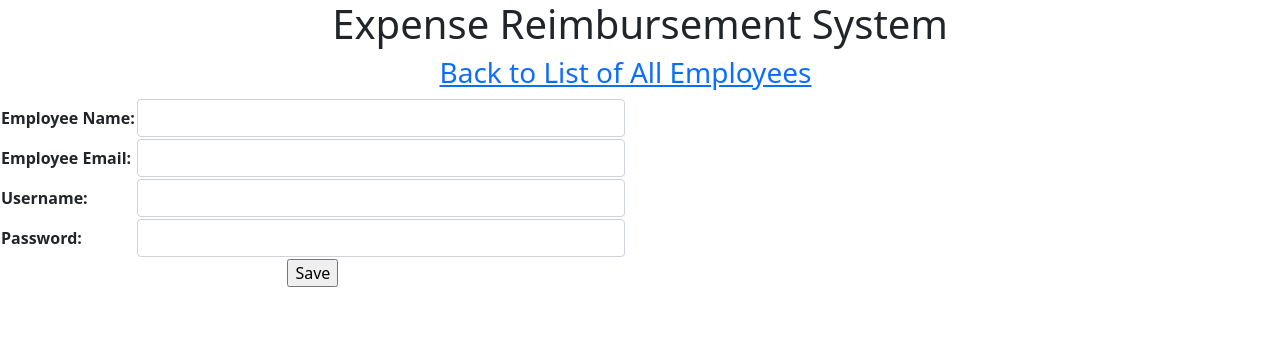
Repository: CCunningham0/project1
Page: http://localhost/reimbursement/employee-form.jsp
The author's editor kept a copy of each file at every save. The page is drawn from the files as they stood at one save, then again after the next save.
The browser window is 1280 px wide. The pictures show the whole page.
The page is served by Tomcat 10. Other server files are loaded and not shown.

Above is the page before, as saved 2021-09-07 05:24:42.

### reimbursement/src/main/webapp/employee-form.jsp
<html>
<head>
<meta charset="UTF-8">
<title>Expense Reimbursement System</title>
<link href="https://cdn.jsdelivr.net/npm/bootstrap@5.1.0/dist/css/bootstrap.min.css" rel="stylesheet" integrity="sha384-KyZXEAg3QhqLMpG8r+8fhAXLRk2vvoC2f3B09zVXn8CA5QIVfZOJ3BCsw2P0p/We" crossorigin="anonymous">
<script src="https://cdn.jsdelivr.net/npm/bootstrap@5.1.0/dist/js/bootstrap.bundle.min.js" integrity="sha384-U1DAWAznBHeqEIlVSCgzq+c9gqGAJn5c/t99JyeKa9xxaYpSvHU5awsuZVVFIhvj" crossorigin="anonymous"></script>
<script type="text/javascript" language="javascript" src="https://code.jquery.com/jquery-3.5.1.js"></script>
<script type="text/javascript">
</script>

	</head>
	 <center>
  <h1>Expense Reimbursement System</h1>
        <h3>
         <a href="employee-list.jsp">Back to List of All Employees</a>
         &nbsp;&nbsp;&nbsp;
         <!-- <a href="list">List All Employee</a> -->

        </h3>
 </center>
<body>
<!-- <center>
        <form method="post" action="add">
        <table>
        	<tr>
        		<td>Name:<input type="text" name="name" /></td>
        	</tr>
        	<tr>
        		<td>Email:<input type="text" name="email" /></td>
        	</tr>
        	<tr>
        		<td>Username:<input type="text" name="username" /></td>
        	</tr>
        	<tr>
        		<td>Password:<input type="text" name="password" /></td>
       		 </tr>
       		 <tr>
        		<td><input type="submit" value="register" /></td>
        	</tr>

        </table>

        </form>
 </center> -->



   <div style="text-align:center;">

   <form action="http://localhost:8080/reimbursement/EmployeeServlet?action=add" method="post">
        <table>
        <tr>
                <th>Employee Name: </th>
                <td>
                 <input class="form-control" type="text" name="name" size="45"

                  />
                </td>
            </tr>
            <tr>
                <th>Employee Email: </th>
                <td>
                 <input class="form-control"  type="text" name="email" size="45"

                 />
                </td>
            </tr>
            <tr>
                <th>Username: </th>
                <td>
                 <input class="form-control"  type="text" name="username" size="15"

                 />
                </td>
            </tr>
            <tr>
                <th>Password: </th>
                <td>
                 <input class="form-control" type="number" name="password" size="15"/>
                </td>
            </tr>
            <!-- <tr>
                <th>Type </th>
                <td>
				  <input type="radio" id="emp" name="type" value="Employee">
				  <label for="emp">Employee</label>
				  <br>
				  <input type="radio" id="manager" name="type" value="Finance manager">
				  <label for="manager">Finance manager</label>
                </td>
            </tr> -->
            <tr>
             <td colspan="2" align="center">
              <input type="submit" value="Save" />
             </td>
            </tr>
        </table>
   </form>
  </div>

</body>
</html>

After the next save:
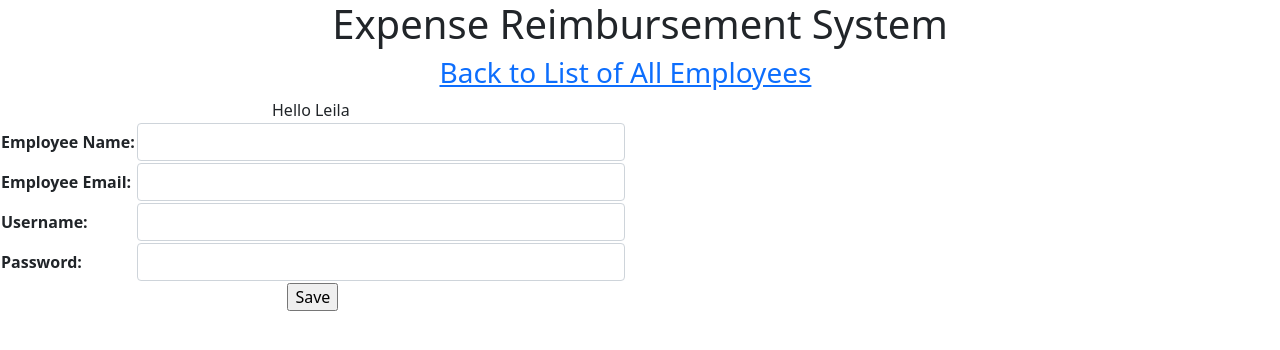
Saved 3 min 18 s later.
--- a/reimbursement/src/main/webapp/employee-form.jsp
+++ b/reimbursement/src/main/webapp/employee-form.jsp
@@ -45,7 +45,16 @@
 
 
 
-   <div style="text-align:center;">
+<div class="container">
+<div class="row">
+	<div class="col-md-2"></div>
+	<div class="col-md-8">
+	Hello Leila
+	</div>
+	<div class="col-md-2"></div>
+</div>
+
+</div>
 
    <form action="http://localhost:8080/reimbursement/EmployeeServlet?action=add" method="post">
         <table>
